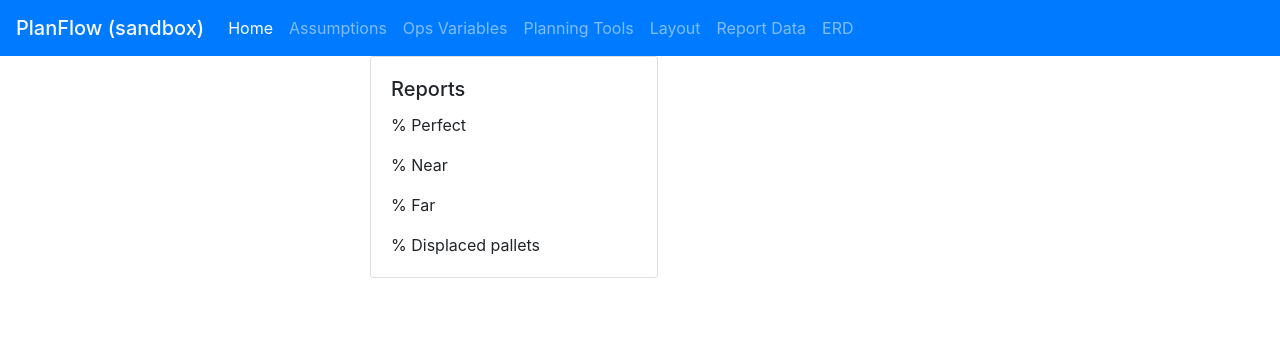
Repository: gholler76/planflow
Page: http://localhost/planflow/WEB-INF/reportdata.jsp
These files come from the project's save history. The page is drawn as it stood at one moment and after the next save; the edit follows.
The browser window is 1280 px wide. The pictures show the whole page.
The page is served by Tomcat 9. Nobody is signed in. The template is opened directly, without the code that normally fills it, so the values that code supplies are empty.

Above is the page before, as saved 2021-05-28 19:46:37.

After the next save:
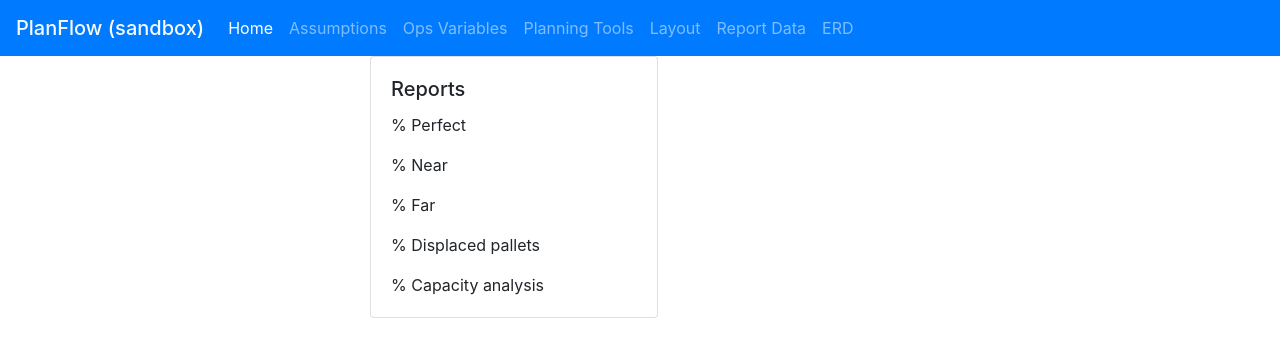
Saved 2 min 56 s later.
--- a/planflow/src/main/webapp/WEB-INF/reportdata.jsp
+++ b/planflow/src/main/webapp/WEB-INF/reportdata.jsp
@@ -42,6 +42,7 @@
 					    <p class="card-text">% Near</p>
 					    <p class="card-text">% Far</p>
 					    <p class="card-text">% Displaced pallets</p>
+					    <p class="card-text">% Capacity analysis</p>
 				  	</div>
 				</div>
    	 		</div>
